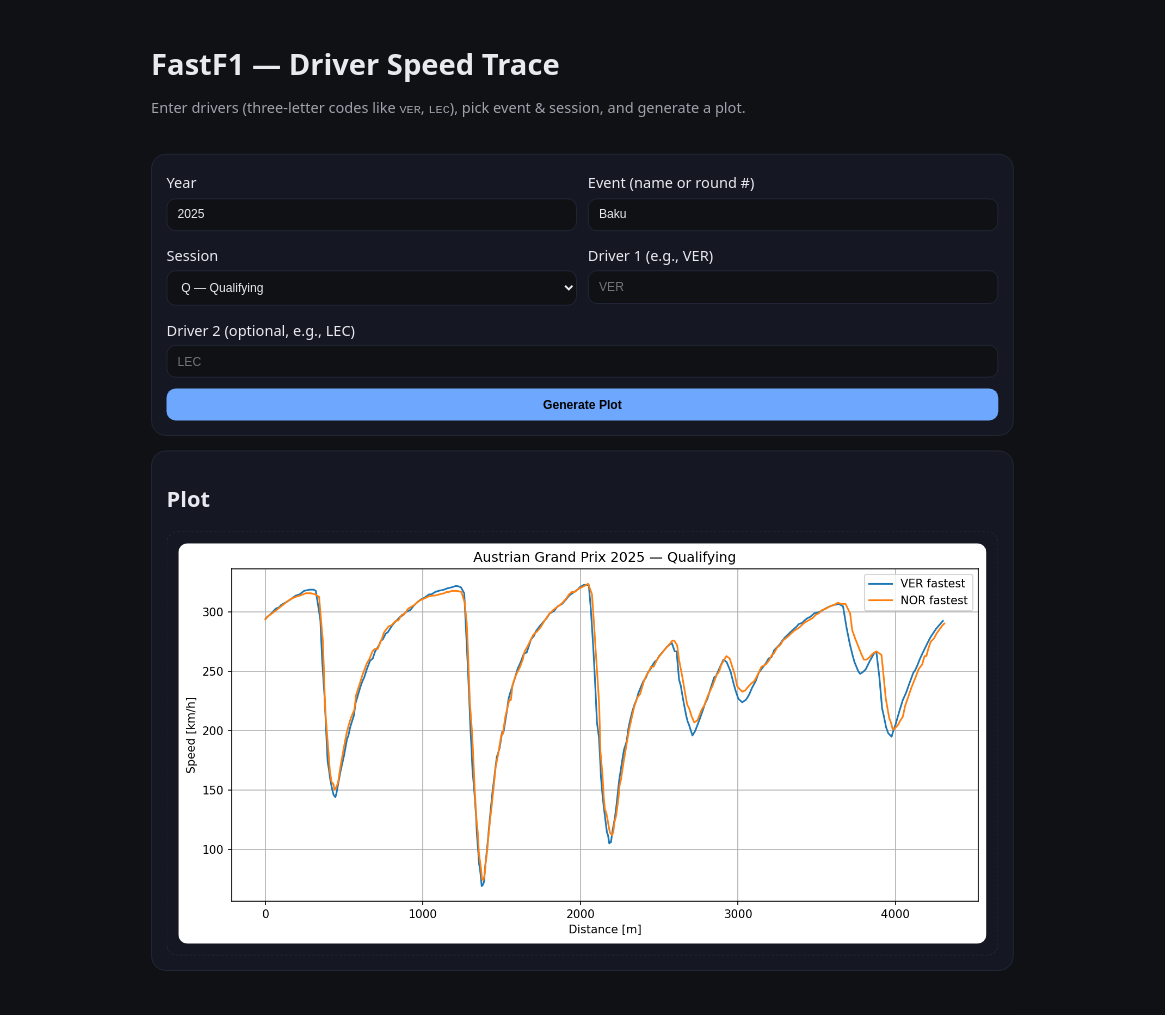
Repository: gqnsptaa/fastf1_web_preview
Page: http://localhost/
An editor plug-in stored every save of this project. The page is shown before and after the next save, followed by the edit.
The browser window is 1280 px wide. The pictures show the whole page, at 91% of full size.
The page is served by the project's application, run on Flask 3 (app.py).

Above is the page before, as saved 2025-09-22 14:16:13.

### templates/index.html
<!DOCTYPE html>
<html lang="en">
  <head>
    <meta charset="utf-8" />
    <meta name="viewport" content="width=device-width, initial-scale=1" />
    <title>FastF1 — Driver Speed Trace</title>
    <link
      rel="stylesheet"
      href="{{ url_for('static', filename='styles.css') }}"
    />
  </head>
  <body>
    <div class="wrap">
      <header>
        <h1>FastF1 — Driver Speed Trace</h1>
        <p class="muted">
          Enter drivers (three-letter codes like <code>VER</code>,
          <code>LEC</code>), pick event & session, and generate a plot.
        </p>
      </header>

      {% with messages = get_flashed_messages(with_categories=true) %} {% if
      messages %}
      <div class="card">
        {% for cat, msg in messages %}
        <div class="flash {{cat}}">{{ msg }}</div>
        {% endfor %}
      </div>
      {% endif %} {% endwith %}

      <div class="card">
        <form action="{{ url_for('plot') }}" method="post">
          <div>
            <label for="year">Year</label>
            <input
              id="year"
              name="year"
              type="number"
              value="2025"
              min="2018"
              required
            />
          </div>
          <div>
            <label for="event">Event (name or round #)</label>
            <input id="event" name="event" type="text" value="Baku" required />
          </div>
          <div>
            <label for="session">Session</label>
            <select id="session" name="session">
              <option value="Q" selected>Q — Qualifying</option>
              <option value="R">R — Race</option>
              <option value="FP1">FP1</option>
              <option value="FP2">FP2</option>
              <option value="FP3">FP3</option>
              <option value="SQ">SQ — Sprint Qualifying</option>
              <option value="SS">SS — Sprint</option>
            </select>
          </div>
          <div>
            <label for="driver1">Driver 1 (e.g., VER)</label>
            <input id="driver1" name="driver1" type="text" placeholder="VER" />
          </div>
          <div class="full">
            <label for="driver2">Driver 2 (optional, e.g., LEC)</label>
            <input id="driver2" name="driver2" type="text" placeholder="LEC" />
          </div>
          <div class="full">
            <button type="submit">Generate Plot</button>
          </div>
        </form>
      </div>

      <div class="card">
        <h2>Plot</h2>
        <div class="img">
          {% if plot_url %}
          <img src="{{ plot_url }}" alt="Speed vs Distance plot" />
          {% else %}
          <p class="muted">No plot yet. Submit the form to generate one.</p>
          {% endif %}
        </div>
      </div>
    </div>
  </body>
</html>

### app.py
from pathlib import Path
import time
from flask import Flask, render_template, request, redirect, url_for, flash
import matplotlib
matplotlib.use("Agg")   # headless backend for servers
import matplotlib.pyplot as plt
import matplotlib.pyplot as plt
import fastf1
import fastf1.plotting as f1plt

app = Flask(__name__)
app.secret_key = "dev"

BASE_DIR = Path(__file__).parent.resolve()
CACHE_DIR = BASE_DIR / ".fastf1"
CACHE_DIR.mkdir(parents=True, exist_ok=True)
fastf1.Cache.enable_cache(str(CACHE_DIR))

@app.get("/healthz")
def healthz():
    return "ok"

@app.get("/")
def index():
    plot_url = None
    p = BASE_DIR / "static" / "plot.png"
    if p.exists():
        plot_url = url_for("static", filename="plot.png", v=int(time.time()))
    return render_template("index.html", plot_url=plot_url)

@app.post("/plot")
def plot():
    year = int(request.form.get("year", "2025"))
    event = request.form.get("event", "Baku")
    session_code = request.form.get("session", "Q")
    drv1 = (request.form.get("driver1", "") or "").upper().strip()
    drv2 = (request.form.get("driver2", "") or "").upper().strip()

    sess = fastf1.get_session(year, int(event) if event.isdigit() else event, session_code)
    sess.load(laps=True, telemetry=True)

    f1plt.setup_mpl()
    fig, ax = plt.subplots(figsize=(10, 5), dpi=150)

    plotted = False
    if drv1:
        lap1 = sess.laps.pick_driver(drv1).pick_fastest()
        tel1 = lap1.get_telemetry()
        ax.plot(tel1["Distance"], tel1["Speed"], label=f"{drv1} fastest")
        plotted = True
    if drv2:
        lap2 = sess.laps.pick_driver(drv2).pick_fastest()
        tel2 = lap2.get_telemetry()
        ax.plot(tel2["Distance"], tel2["Speed"], label=f"{drv2} fastest")
        plotted = True
    if not plotted:
        lap = sess.laps.pick_fastest()
        tel = lap.get_telemetry()
        ax.plot(tel["Distance"], tel["Speed"], label=f"{lap['Driver']} (overall fastest)")

    ax.set_xlabel("Distance [m]"); ax.set_ylabel("Speed [km/h]")
    ax.set_title(f"{sess.event['EventName']} {sess.event.year} — {sess.name}")
    ax.grid(True); ax.legend(); fig.tight_layout()

    out = BASE_DIR / "static" / "plot.png"
    fig.savefig(out, bbox_inches="tight")
    plt.close(fig)

    flash("Plot generated", "success")
    return redirect(url_for("index"))

if __name__ == "__main__":
    app.run(debug=True)  # browse to http://127.0.0.1:5000/

### static/styles.css
:root {
  --bg:#0f1115; --card:#151822; --text:#e9e9f0;
  --muted:#a1a1ad; --accent:#6ea8fe; --border:#242839;
}
* { box-sizing: border-box; }
body {
  margin: 0;
  font-family: system-ui, -apple-system, Segoe UI, Roboto, Helvetica, Arial;
  background: var(--bg);
  color: var(--text);
}
.wrap { max-width: 980px; margin: 24px auto 48px; padding: 0 16px; }
header { padding: 24px 0 8px; }
h1 { margin: 0 0 6px; }
.muted { color: var(--muted); }

.card {
  background: var(--card);
  border: 1px solid var(--border);
  border-radius: 16px;
  padding: 16px;
  margin-top: 16px;
}

label { display: block; margin: .25rem 0 .35rem; }
input, select, button {
  width: 100%;
  padding: .6rem .7rem;
  border: 1px solid var(--border);
  border-radius: 10px;
  background: #0f1115;
  color: var(--text);
}
form { display: grid; grid-template-columns: repeat(2, minmax(0,1fr)); gap: 12px; }
form .full { grid-column: 1 / -1; }

button {
  background: var(--accent);
  border: none;
  color: #000;
  font-weight: 600;
  cursor: pointer;
}

.img {
  display: grid;
  place-items: center;
  padding: 12px;
  border: 1px dashed var(--border);
  border-radius: 12px;
  min-height: 220px;
}
img { max-width: 100%; height: auto; border-radius: 10px; display: block; }

.flash { padding: .6rem .8rem; border-radius: 10px; margin: .35rem 0; font-size: .95rem; }
.success { background: #0f2f19; border: 1px solid #1d5e35; }
.error   { background: #2f1010; border: 1px solid #5e1d1d; }
.info    { background: #0f2132; border: 1px solid #1d3d5e; }

After the next save:
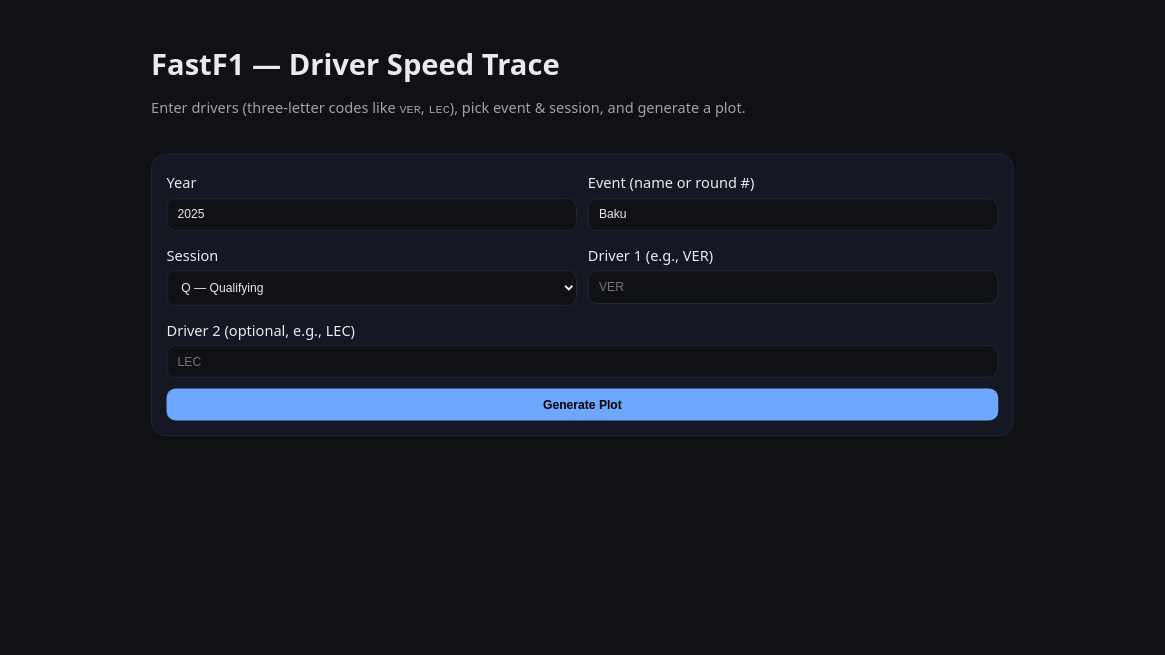
Saved 14 s later.
--- a/templates/index.html
+++ b/templates/index.html
@@ -70,17 +70,6 @@
           </div>
         </form>
       </div>
-
-      <div class="card">
-        <h2>Plot</h2>
-        <div class="img">
-          {% if plot_url %}
-          <img src="{{ plot_url }}" alt="Speed vs Distance plot" />
-          {% else %}
-          <p class="muted">No plot yet. Submit the form to generate one.</p>
-          {% endif %}
-        </div>
-      </div>
     </div>
   </body>
 </html>
